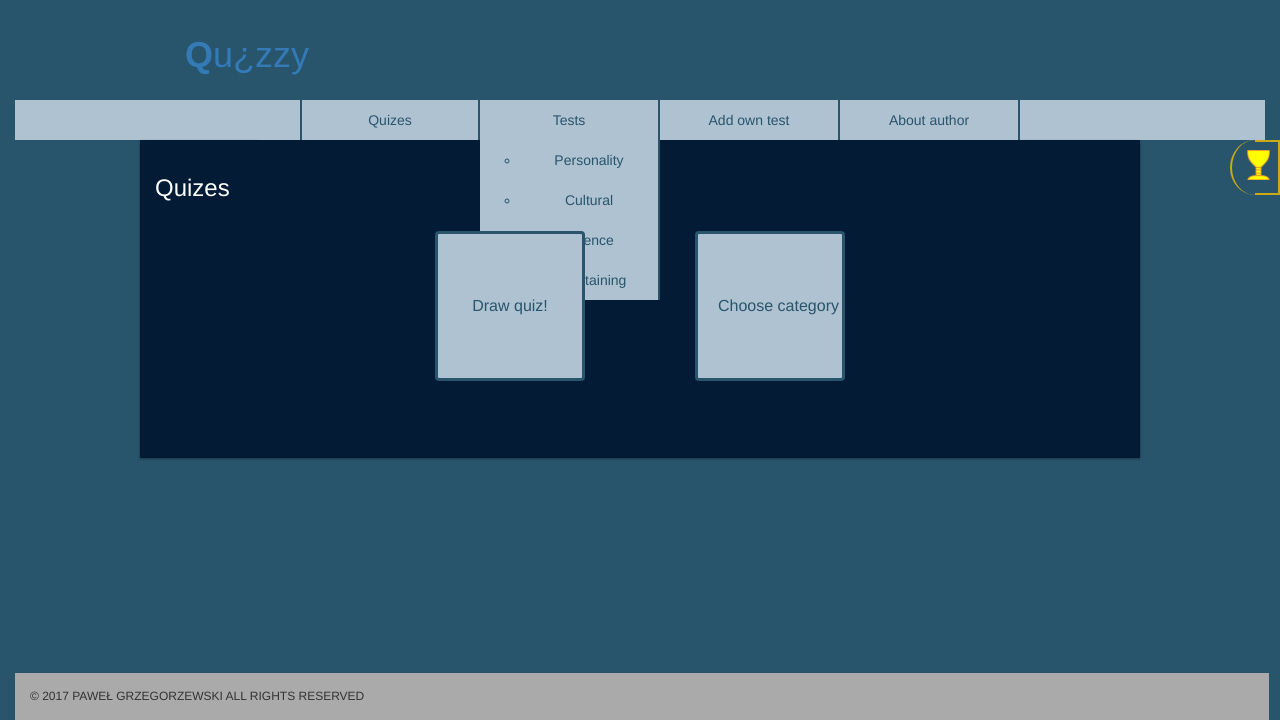
Repository: pgrzegorzewski/quiz
Page: http://localhost/app/quiz.php
These files come from the project's save history. The page is drawn as it stood at one moment and after the next save; the edit follows.
The browser window is 1280 px wide. The pictures show the whole page.
Some web libraries are served in a nearby version. The page is run by PHP 8.4 with error messages shown; the project is at /var/www/html/.

Above is the page before, as saved 2017-04-21 20:51:00.

### htdocs/app/learningapp/app/quiz.php
<!DOCTYPE html>
<html>
<head>
	<meta name="viewport" content="width=device-width, initial-scale=1.0">
	<meta http-equiv="content-type" content="text/html; charset=utf-8">
	<meta charset="utf-8">
	<link rel="stylesheet" href="https://maxcdn.bootstrapcdn.com/bootstrap/3.3.7/css/bootstrap.min.css">
	<script src="https://ajax.googleapis.com/ajax/libs/jquery/3.1.1/jquery.min.js"></script>
	<script src="https://maxcdn.bootstrapcdn.com/bootstrap/3.3.7/js/bootstrap.min.js"></script>
	<link href="https://fonts.googleapis.com/css?family=Lato" rel="stylesheet">
	<link rel="StyleSheet" href="../css/index.css" />
	<link rel="StyleSheet" href="../css/question.css" />
	<link rel="StyleSheet" href="../css/quiz.css" />
	<link rel="StyleSheet" href="../css/side_menu_leaderboard.css" />
	<script type="text/javascript" src="../js/question.js"></script>
	<script type="text/javascript" src="../js/entertaining_test.js"></script>
	<script type="text/javascript" src="../js/side_menu_leaderboard.js"></script>
</head>

<body>

<div class="container-fluid">

	<div class= "sidemenu_2">

	</div>
	<div class= "sidemenu">
		<p style="cursor:pointer"><img src = "../resources/img/trophy.png" height = "50px" onmouseover="openLeaderboard()"/></p> <!-- &#9776; -->
	</div>
	<div id = 'leaderboard' class = 'leaderboard' onmouseleave = "closeLeaderboard()" >
		<a href = "javascript:void(0)" class = "closebtn" onclick = "closeLeaderboard()">&times;</a>
		test 1000pts;
	</div>


	<header class ="header">
		<h1 id="title"><a href ="index.php"><b>Q</b>u¿zzy</a></h1>
	</header>

	<div class="nav">
		<ol>
			<li>
				<a href ='#' id = "visited">Quizes</a>
			</li>
			<li>
				<a href ='#'>Tests</a>
				<ul>
					<li><a href="#">Personality</a></li>
					<li><a href="#">Cultural</a></li>
					<li><a href="#">Science</a></li>
					<li><a href="entertaining_test.php">Entertaining</a></li>
				</ul>
			</li>
			<li>
				<a href ='add_test.php'>Add own test</a>
			</li>
			<li>
				<a href ='#'>About author</a>
			</li>
		</ol>
	</div>

	<section class = "section">
		<div id ="welcome_div">
			<h3>Quizes</h3>

		</div>
		<div class = "row">
			<div class="col-sm-12" id="tiles">
				<?php

				echo "
					<table id = \"tile\">
						<tr>
							<td>
								<button name = '1' id = 'quizButton' class = 'category btn' >Draw quiz!</button>
							</td>
							<td style = \"width:50px\">

							</td>
							<td>
								<button name = '2' id = 'quizButton' class = 'category btn'>Choose category</button>
							</td>
						</tr>
					</table>
				";
				?>
				<br/><br/>

			</div>
		</div>
		<div class ="row">
			<div class="col-sm-12">
				<h4 id="test_title" hidden = "true">Let's begin with the</h4>
			</div>
		</div>
		<div id = "test_questions">

		</div>
		<div class ='row'>
				<div class='col-sm-12' id = 'result_div'>
					<h4 id= 'result_text' hidden = 'true'></h4>
				</div>
		</div>

	</section>
	<div class="footer">
		© 2017 PAWEŁ GRZEGORZEWSKI ALL RIGHTS RESERVED
	</div>
</div>




</body>
</html>

### htdocs/app/learningapp/css/index.css

.container-fluid
{
	min-height: 100%;
	background-color:#28546C;
	width:100%;
}

img{
	padding:10px;
}

#img2{
	padding:3px;
	padding-bottom:12px;
}

html {
    font-family: "Lucida Sans", sans-serif;
    background-color:#28546C;
}

h1, h2, h3 ,h4{
	color: white;
	text-align:ceter;
}

#title{
	margin-left:30px;
}

body
{
	height:100%;
	padding-bottom:60px;
	background-color:#28546C;
	margin:0px !important;

}
.page {
  margin-left:auto;
  margin-right:auto;
  width:100%;
}

.title {
	text-align:center;
}

.buttons_next_prev{
	text-align:center;
}


.header {
	width:80%;
	margin:0 auto;
    background-color: #28546C;
    color: #ffffff;
    padding: 15px;
	text-decoration: none;

}

.menu_header {
	width:80%;
    background-color: #CCCCCC;
    padding: 10px;
    color: white;
    text-align: center;
    font-size: 14px;
    box-shadow: 0 1px 3px rgba(0,0,0,0.12), 0 1px 2px rgba(0,0,0,0.24);
	width:auto;
}


.section{

	width: 80%;
	margin:0 auto;
	background-color: #031B35;
    padding: 15px;
    color: white;
    text-align: justify;
    font-size: 14px;
    box-shadow: 0 1px 3px rgba(0,0,0,0.12), 0 1px 2px rgba(0,0,0,0.24);
}

td
{
	padding-right:12px;
}


.canvas{

	 width: 500px;
	 height: 300px;
	 color: #FFFFFF;
}

.nav{
	width:100%;
	background-color:#AFC2D1;
	text-align: center;
	vertical-align:center;
}

.nav ol
{
	margin:0 auto;
	background-color:#AFC2D1;
	list-style:none;
	line-height: 200%;
	display:inline-block;
	vertical-align:middle;
	height:40px;
}


ol a
{
	color: #28546C;
	text-decoration:none;
	display:block;
	height:40px;
	padding:6px;
	vertical-align: middle;
	text-align: center;
}

ol > li
{
	list-style:none;
	width: 180px;
	color: #28546C;
	background-color:#AFC2D1;
	border-right:2px solid #28546C;
	float:left;
	display: table-cell;

}


ol > li:first-child
{
	border-left:2px solid #28546C;
}


.menu a:link, a:visited {
    color: white;
    background-color: #CCCCCC;
	padding: 3px;
	width: width:1200px;;
    text-decoration: none;
    display: inline-block;
}


.menu a:hover, a:active {
    color: white;
	background-color: #999999;
}

.section a:link, a:visited {
    color: #000000;
    background-color: #CCCCCC;
	padding: 3px;
	width: 50px;
    text-decoration: none;
}


.section a:hover, a:active {
    background-color: #999999;
	color: white;
}

.footer {
    background-color: #AAAAAA;
    font-size: 12px;
    padding: 15px;
    bottom: 0;
    position : fixed;
    width:98%

}

.submenu{
	display:none;
}



@media only screen and (min-width: 768px) and (max-width: 922px) {
    .col-m-1 {width: 8.33%;}
    .col-m-2 {width: 16.66%;}
    .col-m-3 {width: 25%;}
    .col-m-4 {width: 33.33%;}
    .col-m-5 {width: 41.66%;}
    .col-m-6 {width: 50%;}
    .col-m-7 {width: 58.33%;}
    .col-m-8 {width: 66.66%;}
    .col-m-9 {width: 75%;}
    .col-m-10 {width: 83.33%;}
    .col-m-11 {width: 91.66%;}
    .col-m-12 {width: 100%;}
}

@media only screen and (min-width: 922px) and (max-width: 1200px) {
    .col-1 {width: 8.33%;}
    .col-2 {width: 16.66%;}
    .col-3 {width: 25%;}
    .col-4 {width: 33.33%;}
    .col-5 {width: 41.66%;}
    .col-6 {width: 50%;}
    .col-7 {width: 58.33%;}
    .col-8 {width: 66.66%;}
    .col-9 {width: 75%;}
    .col-10 {width: 83.33%;}
    .col-11 {width: 91.66%;}
    .col-12 {width: 100%;}
}

@media only screen and (min-width: 1200px){
    .col-1 {width: 8.33%;}
    .col-2 {width: 16.66%;}
    .col-3 {width: 25%;}
    .col-4 {width: 33.33%;}
    .col-5 {width: 41.66%;}
    .col-6 {width: 50%;}
    .col-7 {width: 58.33%;}
    .col-8 {width: 66.66%;}
    .col-9 {width: 75%;}
    .col-10 {width: 83.33%;}
    .col-11 {width: 91.66%;}
    .col-12 {width: 100%;}
}

### htdocs/app/learningapp/css/question.css
#question
{
	text-align: center;

}


#question button{
	min-width: 50px;
	text-align: center;
}

#question th{
	min-width: 50px;
	text-align: center;
}

td, th > #question{
	min-width: 90px;
	padding:10px;
	text-align: center;
}

### htdocs/app/learningapp/css/quiz.css
#quizButton
{
	padding:20px;
}


#tiles
{
	padding:10px;
	z-index:50;
	position:relative;
}

#tile
{
	text-align:center;
	margin-left:auto;
	margin-right:auto;

}

button .clicked
{
	background-color:#6ac65b;
}

#tile  tr  td
{
	width: 150px;
	height: 150px;
}

#tile  tr  td > button
{
	background-color:#AFC2D1;
	color:#28546C;
	width: 150px;
	height: 150px;
	border: 3px solid #28546C;
	font-size:16px;
	z-index:50;
}

#tile  tr  td >button:hover
{
	background-color:#CAAB15;
	color:white;
	width: 150px;
	height: 150px;
	border: 3px solid #28546C;
}

### htdocs/app/learningapp/css/side_menu_leaderboard.css
.leaderboard
{
	height:40%;
	width:0;
	position: fixed;
	z-index: 250;
	top: 140px;
	right: 0;
	border:0px solid #CAAB15;
	background-color:#AFC2D1;
	overflow-x: hidden;
	transition: 0.5s;
	padding-top: 60px;
	hidden:true;
	text-align:center;
}

.leaderboard .closebtn{
	position: absolute;
	top: 0;
	right:5px;
	font-size: 25px;
	margin-right: 0px;
}

.sidemenu
{
	height:55px;
	width:50px;
	border-radius:100%;
	border-left:2px solid #CAAB15;
	position: fixed;
	z-index: 200;
	top: 140px;
	right: 0;
	font-size:20px;
	text-align:center;
}

.sidemenu_2
{
	height:55px;
	width:25px;
	position: fixed;
	z-index: 150;
	top: 140px;
	right: 0;
	border-bottom:2px solid #CAAB15;
	border-top:2px solid #CAAB15;
	border-right:2px solid #CAAB15;
}

### htdocs/app/learningapp/js/question.js

function checkAnswear(button)
{
	if($(button).attr("id") == '1')
		alert("You won");
	else
		alert("nope");
}

### htdocs/app/learningapp/js/side_menu_leaderboard.js
function openLeaderboard()
{
	document.getElementById("leaderboard").style.width = "250px";
	document.getElementById("leaderboard").style.border = "2px solid #CAAB15";

}

function closeLeaderboard()
{
	document.getElementById("leaderboard").style.width = "0px";
	document.getElementById("leaderboard").style.border = "0px solid #CAAB15";
}

Loaded but not shown: htdocs/app/learningapp/js/entertaining_test.js (no copy from this time; the picture is the same without it)

After the next save:
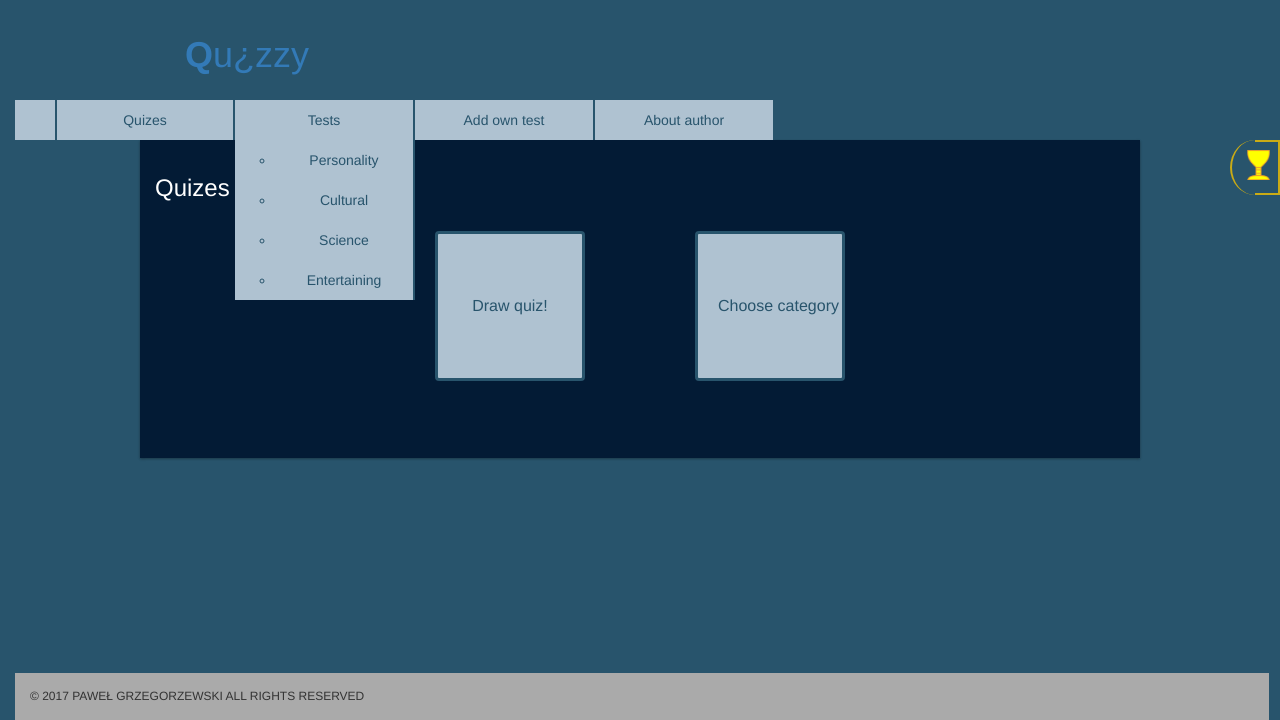
Saved 77 s later.
--- a/htdocs/app/learningapp/css/index.css
+++ b/htdocs/app/learningapp/css/index.css
@@ -99,7 +99,7 @@
 	 color: #FFFFFF;
 }
 
-.nav{
+.nav .footer{
 	width:100%;
 	background-color:#AFC2D1;
 	text-align: center;

After the 2 saves that followed:
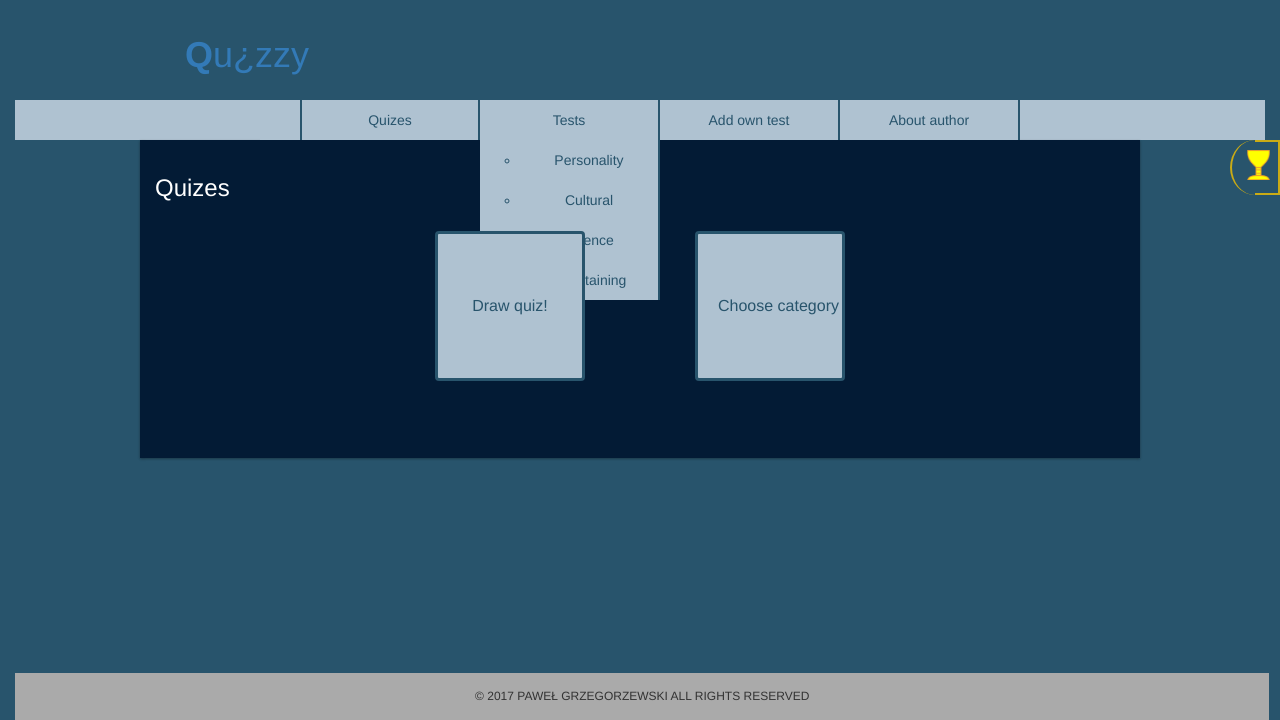
The 2 saves are shown as one change because 1 left the picture as it was.
The last was saved 29 s later.
--- a/htdocs/app/learningapp/css/index.css
+++ b/htdocs/app/learningapp/css/index.css
@@ -99,7 +99,15 @@
 	 color: #FFFFFF;
 }
 
-.nav .footer{
+.nav {
+	width:100%;
+	background-color:#AFC2D1;
+	text-align: center;
+	vertical-align:center;
+}
+
+.footer
+{
 	width:100%;
 	background-color:#AFC2D1;
 	text-align: center;
